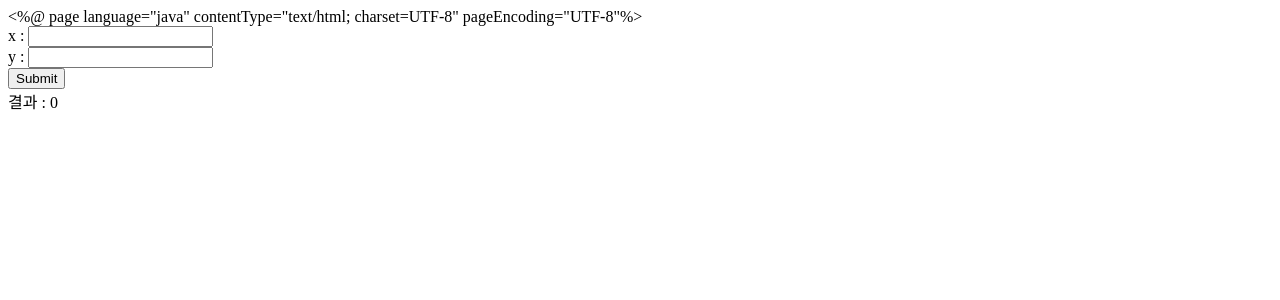
Repository: wpans2619/JSP
Page: JSP_meath/src/main/webapp/add.html
An editor plug-in stored every save of this project. The page is shown before and after the next save, followed by the edit.
The browser window is 1280 px wide. The pictures show the whole page.

Above is the page before, as saved 2021-10-29 05:21:06.

After the next save:
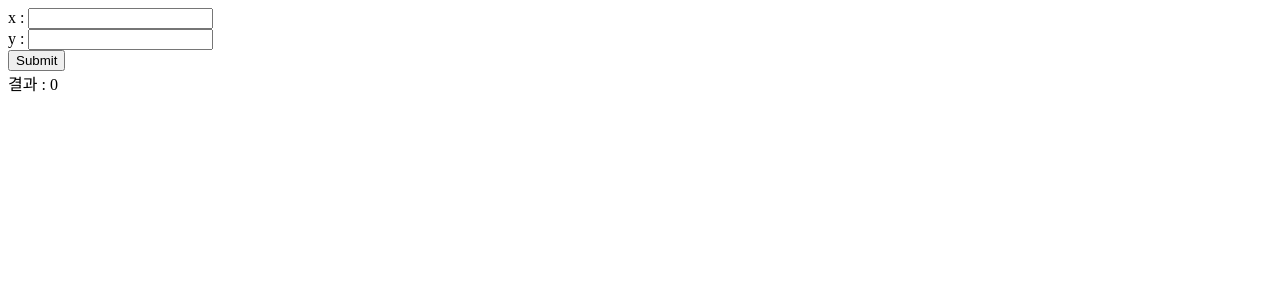
Saved 2 min 3 s later.
--- a/JSP_meath/src/main/webapp/add.html
+++ b/JSP_meath/src/main/webapp/add.html
@@ -1,5 +1,3 @@
-<%@ page language="java" contentType="text/html; charset=UTF-8"
-    pageEncoding="UTF-8"%>
 <!DOCTYPE html>
 <html>
 <head>
